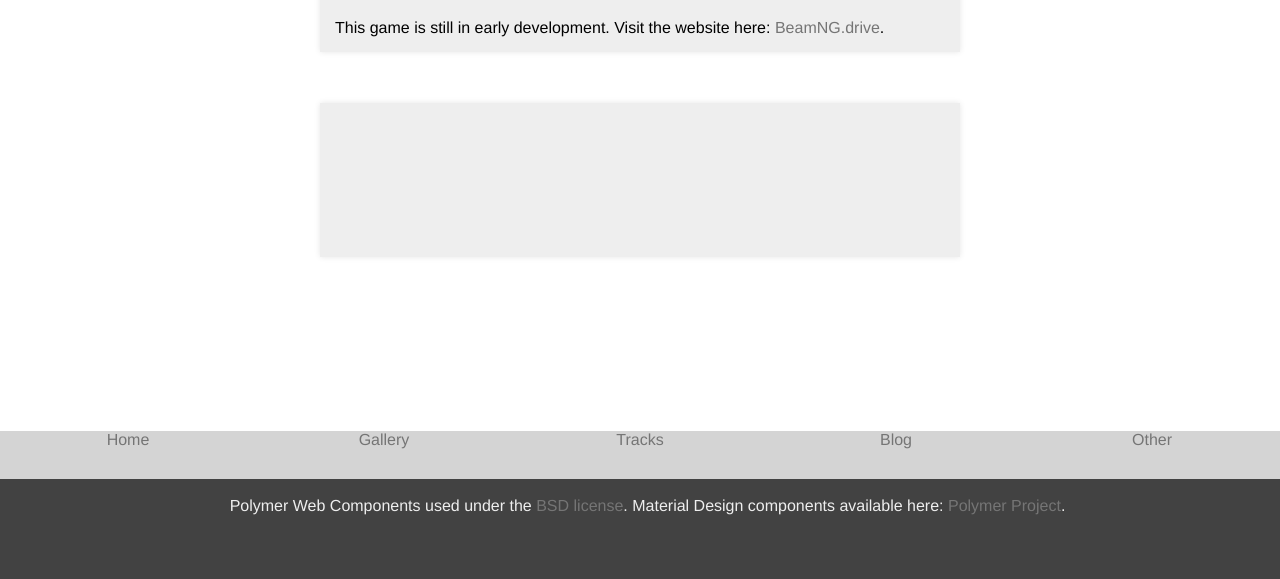
Repository: willzhang05/willzhang05.github.io-old
Page: other.html
The author's editor kept a record of every edit. The page is drawn from the files as they stood at one moment, then again after the next edit.
The browser window is 1280 px wide. The pictures show the part of the page from y = 1778 to 2357 px (the page is 2357 px tall before and 2307 px after).

Above is the page before.

### other.html
<!DOCTYPE html>
<html>
	<script type="text/javascript">
	</script>
	<head>
		<meta property="og:image" content="images/WZProjectslogo-vector.svg"/>
		<meta property="og:image:secure_url" content="images/WZProjectslogo-vector.svg"/>
		<meta charset="UTF-8">
		<meta name="description" content="William Zhang Projects">
		<meta name="author" content="William Zhang">

		<link rel="icon" type="image/png" href="https://www.blogger.com/favicon-image.g?blogID=6274754737357801226">
		<link rel="stylesheet" href="main-style.css">
		<link rel="import" href="bower_components/polymer/polymer.html">
		<link rel="import" href="bower_components/paper-ripple/paper-ripple.html">
		<link rel="import" href="bower_components/core-icons/core-icons.html">
		<link rel="import" href="bower_components/font-roboto/roboto.html">
		<link rel="import" href="bower_components/paper-menu-button/paper-menu-button.html">
		<link rel="import" href="bower_components/paper-dropdown/paper-dropdown.html">
		<link rel="import" href="bower_components/paper-elements/paper-elements.html">
		<link rel="import" href="bower_components/core-menu/core-menu.html">
		<link rel="import" href="bower_components/core-dropdown-menu/core-dropdown-menu.html">
		<link rel="import" href="bower_components/paper-shadow/paper-shadow.html">
	</head>
	<title>
		Other - WZProjects
	</title>
	<body>
		<div id="wrapper">
			<div id="header-wrapper">
				<div id="header-banner">
					<a href="http://willzhang05.github.io">
						<img src="images/WZProjectslogo-vector.svg" width="640" height="200" alt="WZProjects"/>
					</a>
				</div>
				<paper-shadow>
					<div id="header-navbar">
						<paper-menu-button>
							<paper-icon-button style="margin:4px;" icon="menu" role="button" tabindex="0" aria-label="menu">
								<paper-ripple></paper-ripple>
							</paper-icon-button>
							<paper-dropdown class="dropdown">
									<paper-item>
										<a class="links" href="http://willzhang05.github.io">
											Home
										</a>
									</paper-item>
									<paper-item>
										<a class="links" href="gallery.html">
											Gallery
										</a>
									</paper-item>
									<paper-item>
										<a class="links" href="tracks.html">
											Tracks
										</a>
									</paper-item>
									<paper-item>
										<a class="links" href="http://thewiztechblog.blogspot.com/">
											Blog
										</a>
									</paper-item>
									<paper-item>
										<a class="links" href="other.html">
											Other
										</a>
									</paper-item>
							</paper-dropdown>
						</paper-menu-button>
					</div>
				</paper-shadow>
			</div>
			<!--<paper-shadow class="shadow" z="0" animated>-->
			<div id="content">
				<paper-shadow z="1">
					<div class="card">
						<h1>TTF Presentation</h1>
						<div style="background-color:red; border:none;">
							<a class="source" href="http://willzhang05.github.io/bower_components/impress.js/">
								<paper-item>
									TTF Presentation Link
								</paper-item>
							</a>
						</div>
					</div>
				</paper-shadow>
				<paper-shadow z="1">
					<div class="card">
						<h1>Renault Reinastella Print</h1>
						<div class="image">
							<img src="images/renault-reinastella-print-optimized.jpg" width="97.8%" height="55%" alt="Renault Reinastella Print"/>
						</div>
						<div class="description">
							<span>
								Made with Adobe Photoshop CS2.
								<br />
								This work is licensed under a
								<a class="source" rel="license" href="http://creativecommons.org/licenses/by/4.0/" target="_blank">Creative Commons Attribution 4.0 International License</a>.
							</span>
						</div>
					</div>
				</paper-shadow>
				<paper-shadow z="1">
					<div class="card">
						<h1>Saints Row IV Gameplay</h1>
						<div class="video">
							<iframe width="100%" height="360px" style="border:none;" src="https://www.youtube.com/embed/M_jKscIiPVo?rel=0&fs=1" webkitallowfullscreen mozallowfullscreen allowfullscreen>
							</iframe>
						</div>
						<div class="description">
							<span>
								Professor Genki's Mind Over Murder, a minigame within Saints Row IV.
							</span>
						</div>
					</div>
				</paper-shadow>
				<paper-shadow z="1">
					<div class="card">
						<h1>BeamNG.drive Gameplay</h1>
						<div class="video">
							<iframe width="100%" height="360px" style="border:none;" src="https://www.youtube.com/embed/0Np-dQfyBwY?rel=0&fs=1" webkitallowfullscreen mozallowfullscreen allowfullscreen>
							</iframe>
						</div>
						<div class="description">
							<span>This game is still in early development. Visit the website here:
								<a class="source" href="http://beamng.com/" target="_blank">BeamNG.drive</a>.
							</span>
						</div>
					</div>
				</paper-shadow>
				<paper-shadow z="1">
					<div class="card">
						<paper-item>
							<canvas id="myCanvas" class="test">
							</canvas>
							<script>

							</script>
						</paper-item>
					</div>
				</paper-shadow>
			</div>
			<paper-shadow>
				<div id="footer">
					<paper-shadow z="1">
						<div class="categories">
							<paper-item style="width:20%; float:left; text-align:center;">
								<a class="links" href="http://willzhang05.github.io">
									Home
								</a>
							</paper-item>
							<paper-item style="width:20%; float:left; text-align:center;">
								<a class="links" href="gallery.html">
									Gallery
								</a>
							</paper-item>
							<paper-item style="width:20%; float:left; text-align:center;">
								<a class="links" href="tracks.html">
									Tracks
								</a>
							</paper-item>
							<paper-item style="width:20%; float:left; text-align:center;">
								<a class="links" href="http://thewiztechblog.blogspot.com">
									Blog
								</a>
							</paper-item>
							<paper-item style="width:20%; float:left; text-align:center;">
								<a class="links" href="other.html">
									Other
								</a>
							</paper-item>
						</div>
					</paper-shadow>
					<paper-shadow z="1">
						<div class="attribution">
							<br/>
							<span style="margin-left:15px; display:inline-block;">
								Polymer Web Components used under the
								<a class="source" href="http://polymer.github.io/LICENSE.txt" target="_blank">BSD license</a>.
								Material Design components available here:
								<a class="source" href="http://www.polymer-project.org/" target="_blank">Polymer Project</a>.
							</span>
						</div>
					</paper-shadow>
				</div>
			</div>
		</paper-shadow>
	</body>
</html>

### main-style.css
/*http://meyerweb.com/eric/tools/css/reset/*/

html, body, div, span, applet, object, iframe,
h2, h3, h4, h5, h6, p, blockquote, pre,
a, abbr, acronym, address, big, cite, code,
del, dfn, em, img, ins, kbd, q, s, samp,
small, strike, strong, sub, sup, tt, var,
b, u, i, center,
dl, dt, dd, ol, ul, li,
fieldset, form, label, legend,
table, caption, tbody, tfoot, thead, tr, th, td,
article, aside, canvas, details, embed,
figure, figcaption, footer, header, hgroup,
menu, nav, output, ruby, section, summary,
time, mark, audio, video {
    margin: 0;
    padding: 0;
    border: 0;
    font-size: 100%;
    font: inherit;
    vertical-align: baseline;
}

body {
	width: 100%;
	font-family: RobotoDraft, Helvetica Neue, Helvetica, sans-serif;
	overflow-x: hidden;
	-webkit-user-select: none;
    -moz-user-select: none;
    -ms-user-select: none;
    user-select: none;
    -webkit-tap-highlight-color: rgba(0,0,0,0);
    -webkit-touch-callout: none;
}

a {
	color: #757575;
	text-decoration: none;
	-webkit-transition: all 0.2s ease;
  	-moz-transition: all 0.2s ease;
  	-ms-transition: all 0.2s ease;
  	-o-transition: all 0.2s ease;
   	transition: all 0.2s ease;
}

.links:hover {
	color: black;
	font-weight: bold;
}

.source:hover {
	color: black;
	text-decoration: underline;
}

h1 {
	font-size: 16px;
	margin: 5px;
}

#wrapper {
	min-height: 100%;
	position: relative;
    z-index: 10;
    top: 0;
    left: 0;
    -webkit-transition: all 0.3s;
    -moz-transition: all 0.3s;
    -ms-transition: all 0.3s;
    -o-transition: all 0.3s;
    transition: all 0.3s;
}

#header-wrapper {
	height:268px;
	/*background:linear-gradient(#FF6D00, rgb(57,117,215));*/
}

#header-banner {
	width: 100%;
	height: 220px;
	float: left;
	clear: both;
	background-color: rgb(57,117,215);
}

#header-navbar {
	width: 100%;
	height: 48px;
	clear: both;
	background-color:#D4D4D4 /*#1976D2*/;
	/*-webkit-box-shadow: 0 0 6px rgba(0,0,0,0.1);
	box-shadow: 0 0 6px rgba(0,0,0,0.1);*/
}

.sidebar {
	height: 500px;
	float: left;
	margin-bottom: 0px;
	background-color: #EEEEEE;
	/*-webkit-box-shadow: 0 0 6px rgba(0,0,0,0.1);
	box-shadow: 0 0 6px rgba(0,0,0,0.1);*/
	overflow-y: auto;
	position: relative;
}

/*begin menu testing*/

.mask {
    position: fixed;
    top: 0;
    left: 0;
    z-index: 15;
    width: 100%;
    height: 100%;
}

nav.slideLeft {
    top: 0;
    width: 300px;
    height: 100%;
}

nav.slideLeft {
    left: -300px;
}

/*body.sml-open nav.slideLeft {
    left: 0;
}
*/
/*end menu testing*/

#content {
	overflow: hidden;
	padding-top: 10px;
   	padding-bottom: 148px;
}

.card {
	cursor: pointer;
	width: 50%;
	margin-top: 2%;
	margin-bottom: 2%;
	margin-left: 25%;
	float: left;
	background-color: #EEEEEE;
	-webkit-box-shadow: 0 0 6px rgba(0,0,0,0.1);
	box-shadow: 0 0 6px rgba(0,0,0,0.1);
	-webkit-transition: all 0.3s ease;
  	-moz-transition: all 0.3s ease;
  	-ms-transition: all 0.3s ease;
  	-o-transition: all 0.3s ease;
   	transition: all 0.3s ease;

}

.card > h1 {
	padding: 15px;
}

.card:hover {
	box-shadow: 0 2px 10px 0 rgba(0, 0, 0, 0.16), 0 2px 5px 0 rgba(0, 0, 0, 0.26);
}

.card:active {
	margin-top: 1.75%;
	margin-bottom: 2.25%;
}

.card .description {
	padding: 15px;
}

.card .image, .video, .music {
	padding-left: 17.5%;
	padding-right: 17.5%;
	border:none;
}

#footer {
	width: 100%;
	height: 148px;
	clear: both;
	bottom: 0;
	left: 0;
}

.categories {
	width: 100%;
	height: 48px;
	overflow: hidden;
	background-color: #D4D4D4;
	/*-webkit-box-shadow: 0 0 6px rgba(0,0,0,0.1);
	box-shadow: 0 0 6px rgba(0,0,0,0.1);*/
	/*position:fixed;
	top:95%;*/
}

.attribution {
	width: 100%;
	height: 100px;
	background-color: #424242; /*Meaning of life 3x*/
	color: #EEEEEE;
	text-align: center;
}

.test {
	color: black;
	/*Test ideas here*/
}

After the next edit:
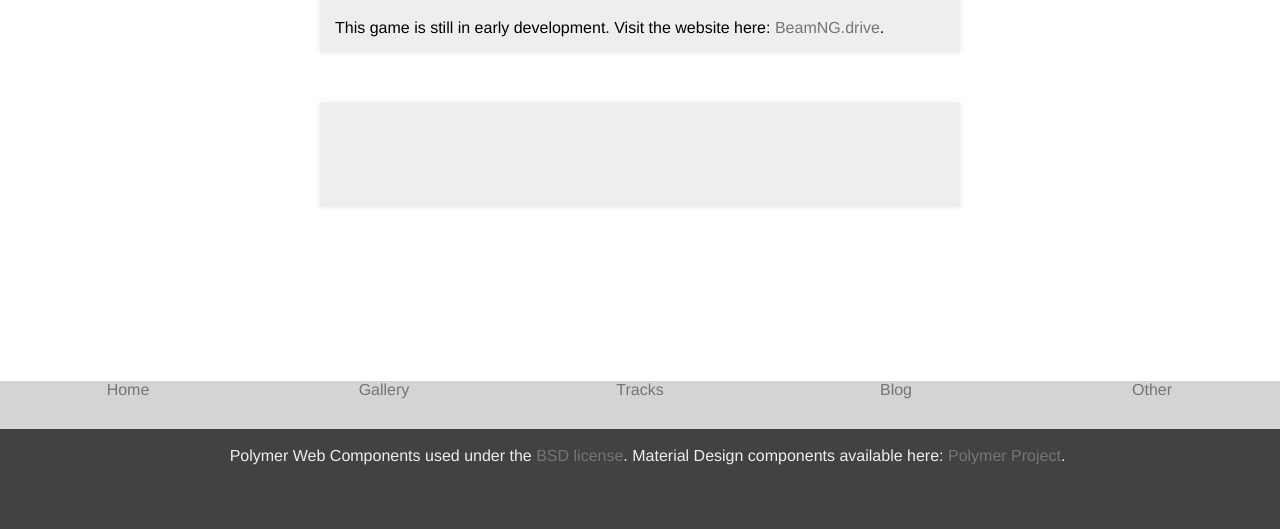
Console error: SyntaxError: Unexpected token 'for'
The edit:
--- a/other.html
+++ b/other.html
@@ -131,10 +131,30 @@
 				<paper-shadow z="1">
 					<div class="card">
 						<paper-item>
-							<canvas id="myCanvas" class="test">
+							<canvas id="randomDots" width="300px" height="100px" class="test">
 							</canvas>
 							<script>
-
+								var canvas = document.getElementById('randomDots');
+								var ctx = canvas.getContext('2d');
+								setInterval(function(){
+									var x=canvas.width*0.5;
+									var y=canvas.height*0.5;
+									var randomPoints=[ctx.fillRect(x,y,1,1) for (i=0;i<1000;i++)];
+			  						for (n=0;n<1000;n++){
+			  							for (i in randomPoints){
+			  								var randint = Math.random(1,4)
+			  								if (randint==1){
+			  									ctx.moveTo(x+1,y);
+			  								} else if (randint==2){
+			  									ctx.moveTo(x,y+1);
+			  								} else if (randint==3){
+			  									ctx.moveTo(x-1,y);
+			  								} else {
+			  									ctx.moveTo(x,y-1);
+			  								}
+			  							}
+			  						}
+								},1000/15)
 							</script>
 						</paper-item>
 					</div>
